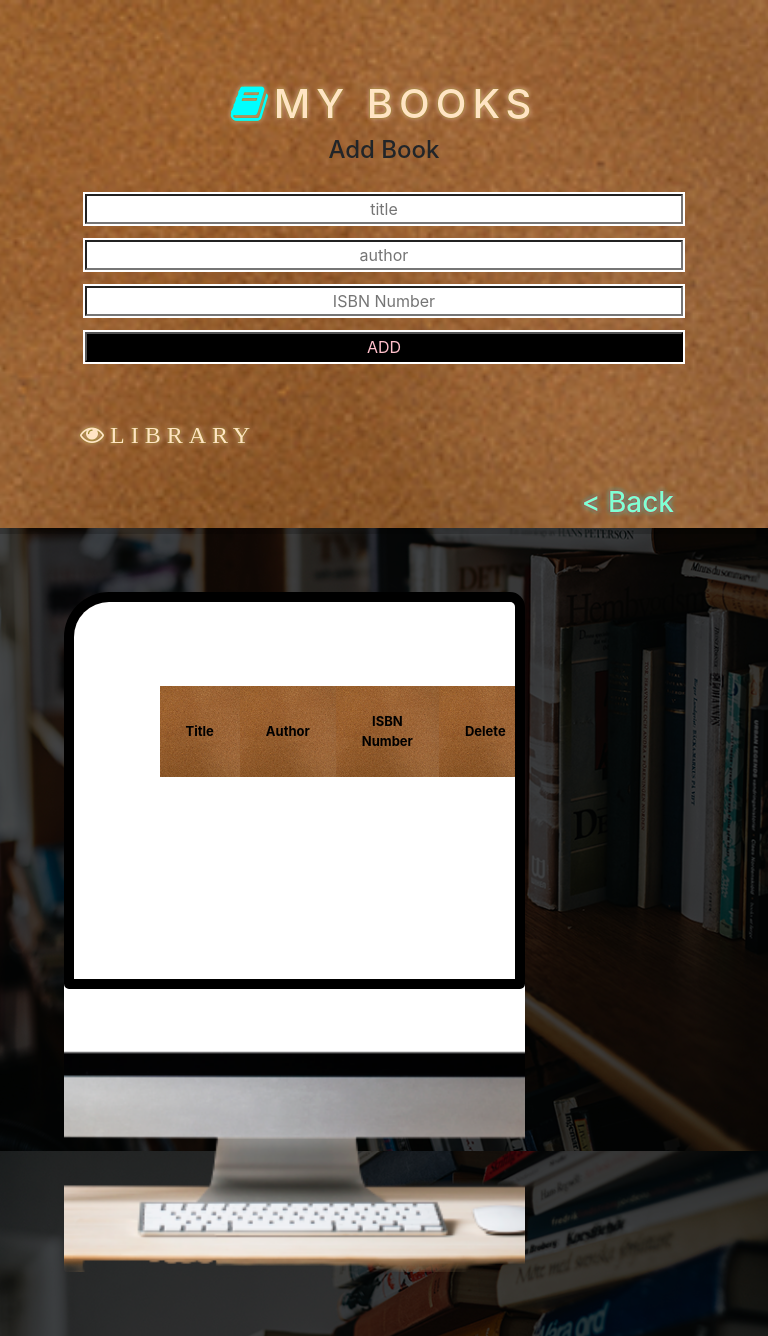
Repository: CSituma/Home-Library-App
Page: libu.html
The author's editor kept a copy of each file at every save. The page is drawn from the files as they stood at one save, then again after the next save.
The browser window is 768 px wide. The pictures show the whole page.
Backgrounds fixed to the window are drawn as part of the page. Some web libraries are served in a nearby version.

Above is the page before, as saved 2020-11-10 22:04:18.

After the next save:
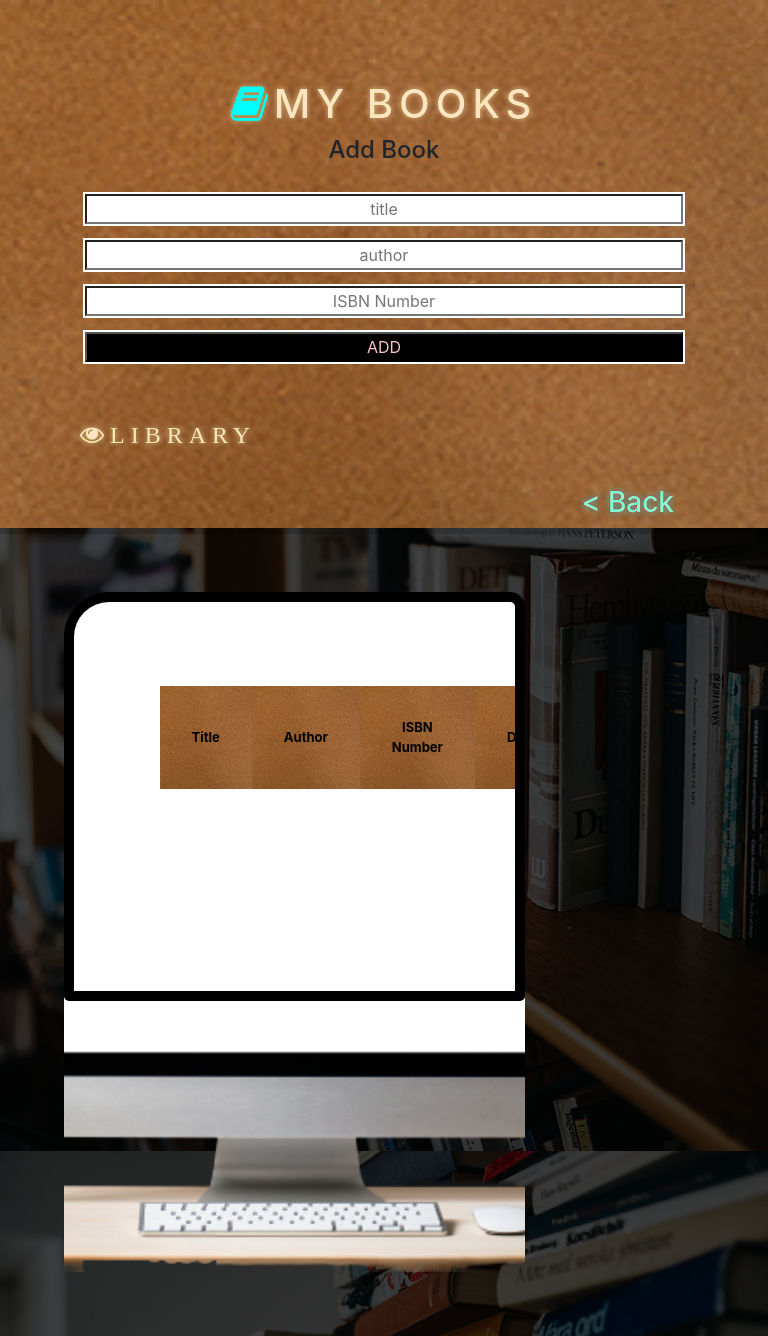
Saved 9 s later.
--- a/style.css
+++ b/style.css
@@ -244,7 +244,7 @@ text-shadow: 0 0 3px olive, 0 0 5px pink;
 }
 th{
   margin: 0;
-  padding:2em;
+  padding:2rem;
 }
 .js{
   width:100%;
